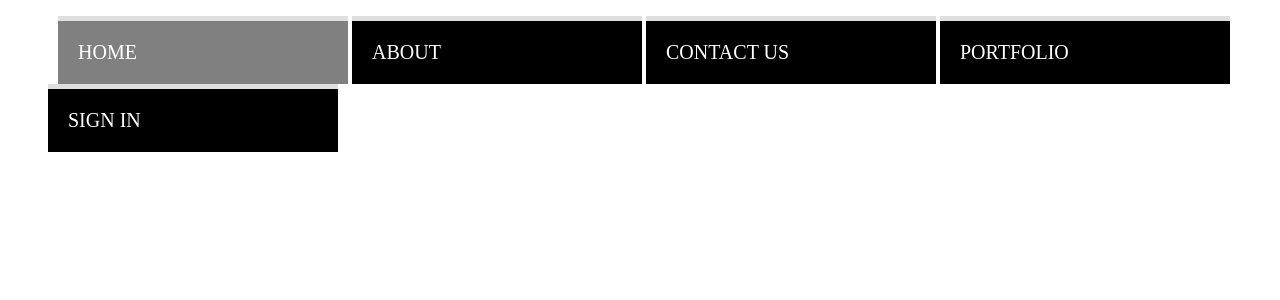
Repository: hminah0215/bitcamp
Page: http://localhost/day0218/exam04/ex06.jsp
These files come from the project's save history. The page is drawn as it stood at one moment and after the next save; the edit follows.
The browser window is 1280 px wide. The pictures show the whole page.
The pointer rests on the first visible `li`.
The page is served by Tomcat 9.

Above is the page before, as saved 2020-02-18 07:44:06.

After the next save:
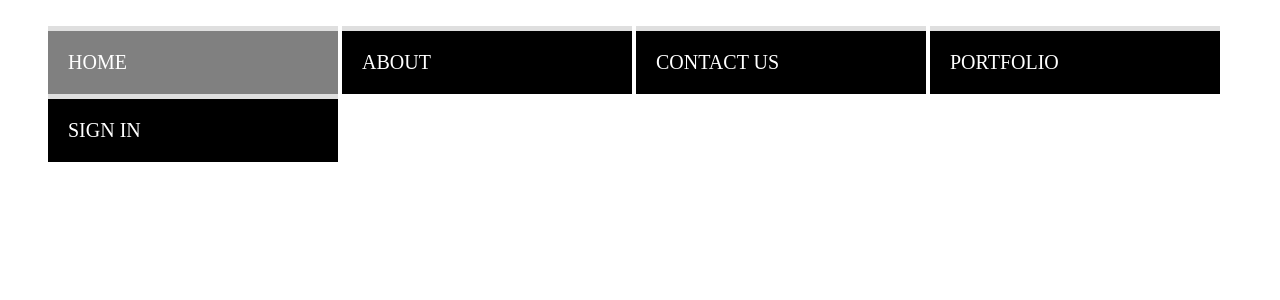
Saved 4 min 36 s later.
--- a/save_eclipse/day0218/WebContent/exam04/ex06.jsp
+++ b/save_eclipse/day0218/WebContent/exam04/ex06.jsp
@@ -26,7 +26,7 @@
 
 	li:hover{
 		background: gray;
-		margin-left: 10px;
+		margin-top: 10px;
 	}
 </style>
 </head>
